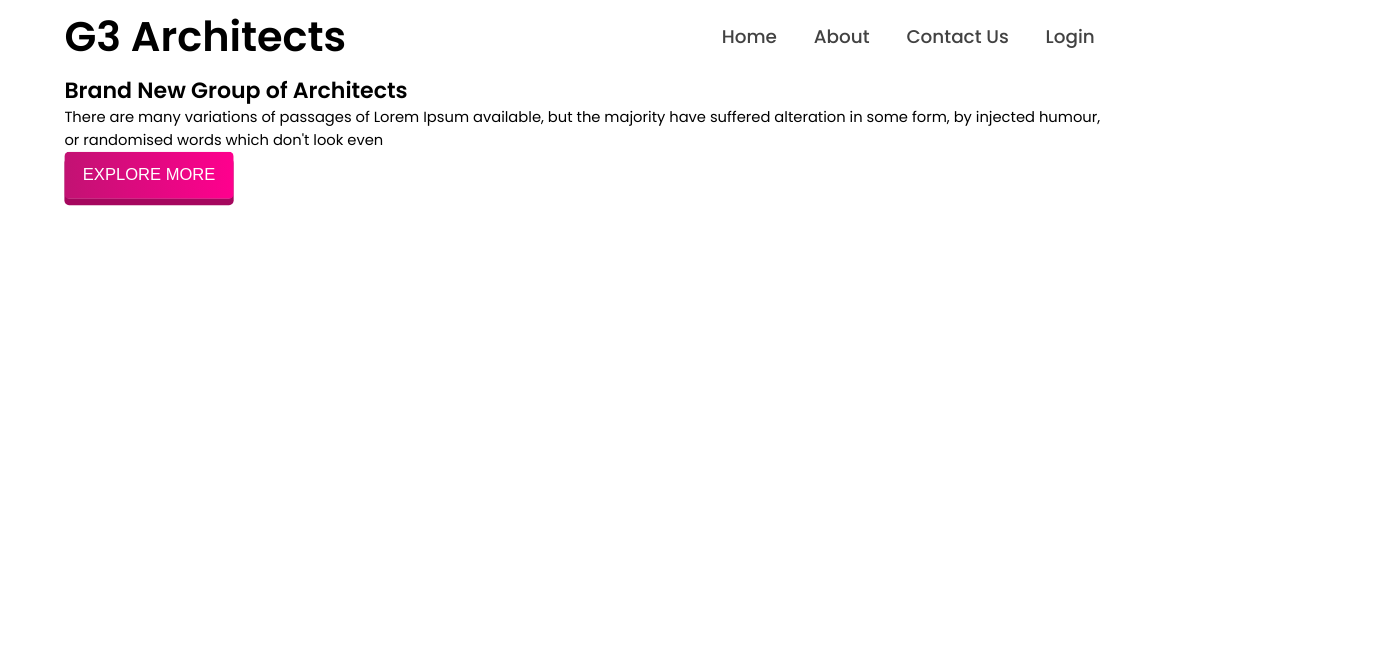
Repository: mdrubel02/G3_Architects
Page: index.html
These files come from the project's save history. The page is drawn as it stood at one moment and after the next save; the edit follows.
The browser window is 1280 px wide. The page is 1280 px wide, then 1510 px, so the pictures cover 1510 px, including what lies to the right of the window. The pictures show the whole page, at 92% of full size.

Above is the page before, as saved 2023-01-14 22:55:10.

### index.html
<!DOCTYPE html>
<html lang="en">

<head>
    <meta charset="UTF-8">
    <meta http-equiv="X-UA-Compatible" content="IE=edge">
    <meta name="viewport" content="width=device-width, initial-scale=1.0">
    <title>G3 Architects</title>
    <!-------- css link ---------->
    <link rel="stylesheet" href="/style.css">
</head>

<body>
    <!------------- Header section ----------->
    <header class="container">
        <nav>
            <div class="logo">
                <h2>G3 Architects</h2>
            </div>
            <ul class="navigation">
                <li><a href="">Home</a></li>
                <li><a href="">About</a></li>
                <li><a href="">Contact Us</a></li>
                <li><a href="">Login</a></li>
            </ul>
        </nav>
    </header>
    <!----------------- Banner section ---------------->
    <section class="container">
        <div class="banner_section">
            <div class="banner_left">
                <h1>Brand New Group of Architects
                </h1>
                <p>There are many variations of passages of Lorem Ipsum available, but the majority have suffered alteration in some form, by injected humour, or randomised words which don't look even</p>
                <button class="btn-primary">Explore More</button>
            </div>
            <div class="banner_right"></div>
        </div>
    </section>
</body>

</html>

### style.css
/* =====GOOGLE FONTS====== */
@import url('https://fonts.googleapis.com/css2?family=Poppins:wght@300;400;500;600&display=swap');

/* =====COMMON STYLES====== */
* {
    margin: 0;
    padding: 0;
    border: 0;
    outline: 0;
    list-style: none;
    text-decoration: none;
}

body {
    font-family: 'Poppins', sans-serif;
}
.container {
    max-width: 1200px;
    margin: 0 auto;
    padding: 0 30px;
    box-sizing: border-box;
}

a {
    color: #fff;
    transition: all 400ms ease;
}

a:hover {
    color: #fff;
}

.btn {
    text-align: center;
    width: max-content;
    display: inline-block;
    color: #fff;
    padding: 0.75rem 1.2rem;
    border-radius: 0.4rem;
    border: 1px solid #4db5ff;
    transition: all 400ms ease;
}

.btn:hover {
    background: #fff;
    color: #4db5ff;
    border: 1px solid #4db5ff;
}

.btn-primary {
    outline: 0;
    border: 0;
    padding: 15px 20px;
    color: #fff;
    font-size: 18px;
    text-transform: uppercase;
    border-radius: 5px;
    background-image: linear-gradient(90deg, #c21273, #FF008E);
    cursor: pointer;
    box-shadow:0 7px 0 #a5075e ;
    position: relative;
    top: 0;
}
.btn-primary:active{
    top: 5px;
    box-shadow:0 2px 0 #a5075e ;
}
/*<=============== style header section=================> */
nav{
    display: flex;
    justify-content: space-between;
    height: 80px;
    align-items: center;
}
.navigation{
    display: flex;
}
.navigation li{
    list-style: none;
    margin: 10px;
}
.navigation li a{
    color: #424242;
    font-size: 20px;
    font-weight: 500;
    text-decoration: none;
    padding: 15px 10px;
}
.logo h2{
    font-size: 45px;
    font-weight: 700;
    /* text-align: center; */
}

After the next save:
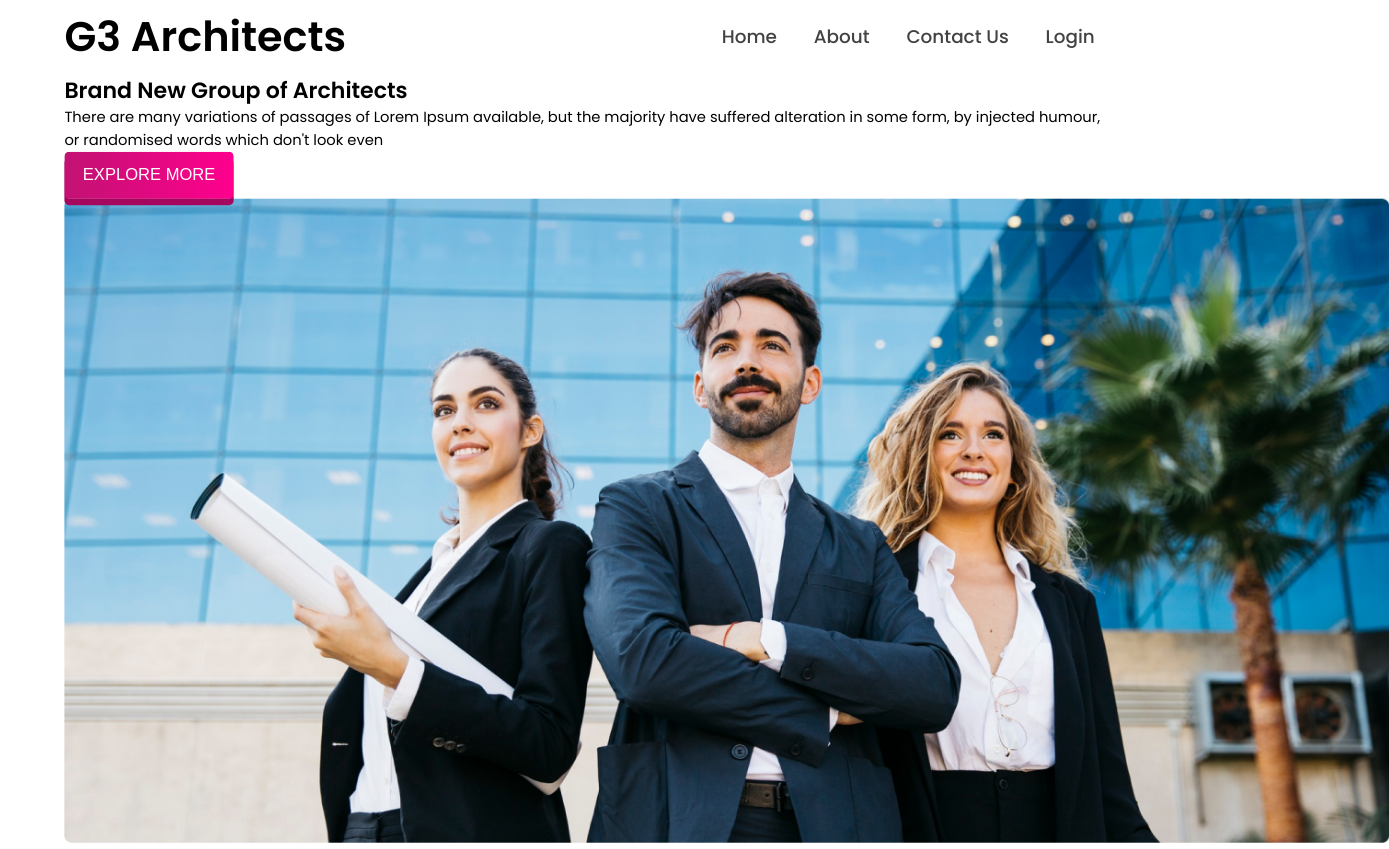
Saved 2 min 14 s later.
--- a/index.html
+++ b/index.html
@@ -34,7 +34,9 @@
                 <p>There are many variations of passages of Lorem Ipsum available, but the majority have suffered alteration in some form, by injected humour, or randomised words which don't look even</p>
                 <button class="btn-primary">Explore More</button>
             </div>
-            <div class="banner_right"></div>
+            <div class="banner_right">
+                <img src="./images/banner.png" alt="">
+            </div>
         </div>
     </section>
 </body>
